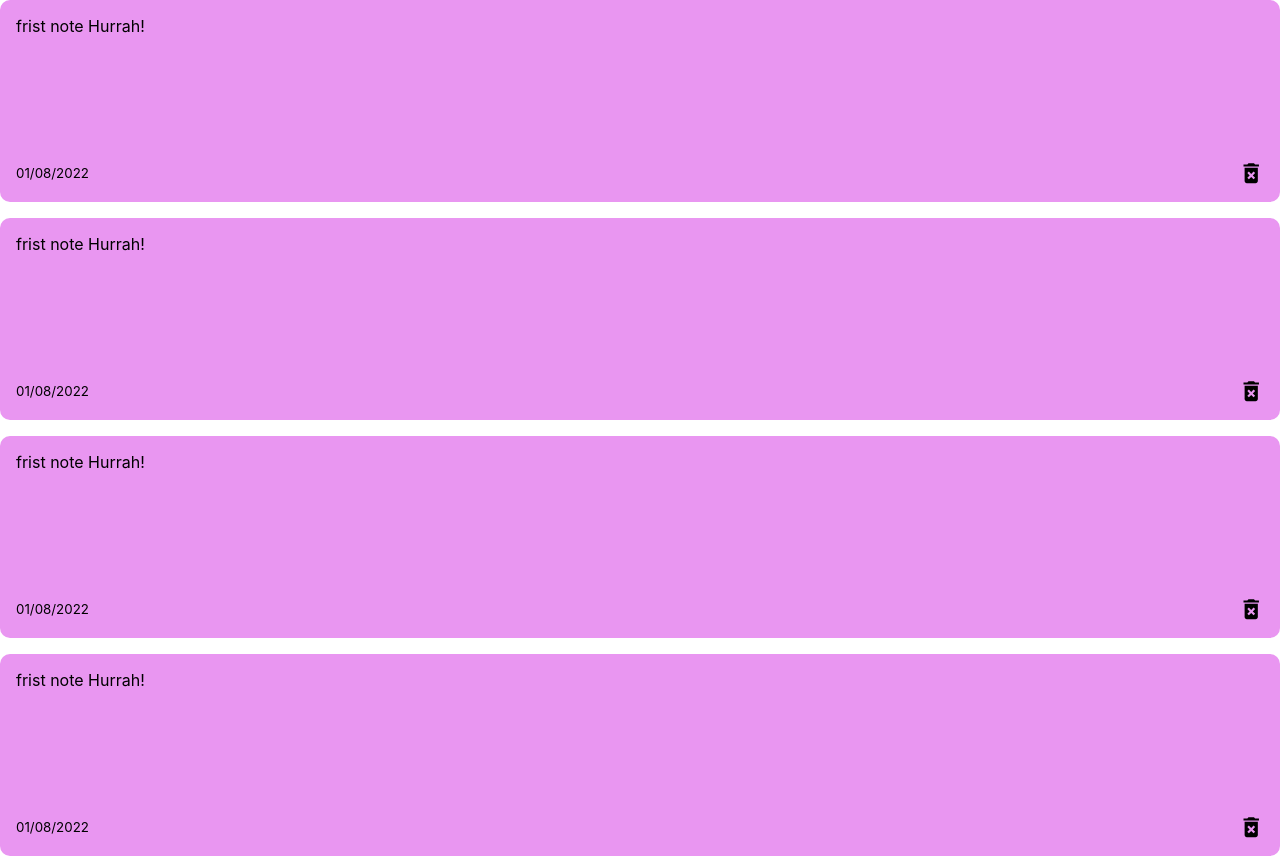
Repository: DeraBola/react-notes-app
Page: /
These files come from the project's save history. The page is drawn as it stood at one moment and after the next save; the edit follows.
The browser window is 1280 px wide. The pictures show the whole page.
The project was rebuilt for these pictures with package versions that can differ from the ones it lists, and the page was loaded fresh each time.

Above is the page before, as saved 2022-08-01 08:39:28.

### src/index.js
import React from 'react';
import ReactDOM from 'react-dom/client';
import './index.css';
import App from './App';


const root = ReactDOM.createRoot(document.getElementById('root'));
root.render(
  <React.StrictMode>
    <App />
  </React.StrictMode>
);

### src/index.css
body {
    margin: 0;
    font-family: -apple-system, BlinkMacSystemFont, 'Segoe UI', 'Roboto', 'Oxygen', 'Ubuntu', 'Cantarell', 'Fira Sans', 'Droid Sans', 'Helvetica Neue', sans-serif;
    -webkit-font-smoothing: antialiased;
    -moz-osx-font-smoothing: grayscale;
}

code {
    font-family: source-code-pro, Menlo, Monaco, Consolas, 'Courier New', monospace;
}

.notes-list {
    display: grid;
    grid-gap: 1rem;
    grid-template-columns: ;
}

.note {
    background-color: #e996f1;
    border-radius: 10px;
    padding: 1rem;
    min-height: 170px;
    display: flex;
    flex-direction: column;
    justify-content: space-between;
}

.note-footer {
    display: flex;
    align-items: center;
    justify-content: space-between;
}

### src/App.js
import NotesList from './components/NotesList';

 const App = () =>{
   return(
    <div className="container" >
      <NotesList />
    </div>
   )
 }

 export default App;

### src/components/NotesList.js
import Note from './Note';

const NotesList  = () => {
return(
    <div className='notes-list'>
        <Note />
        <Note />
        <Note />
        <Note />
    </div>
);
};

export default NotesList;

### src/components/Note.js

import { MdDeleteForever } from 'react-icons/md'

const Note  = () => {
    return(
        <div className='note'>
             <span>frist note Hurrah!</span>
             <div className="note-footer">
                <small>01/08/2022</small>
                <MdDeleteForever className='delete-icon' size='0.7cm' />
             </div>
        </div>
    );
    };

    export default Note;

Loaded but not shown: public/index.html (common file)

After the next save:
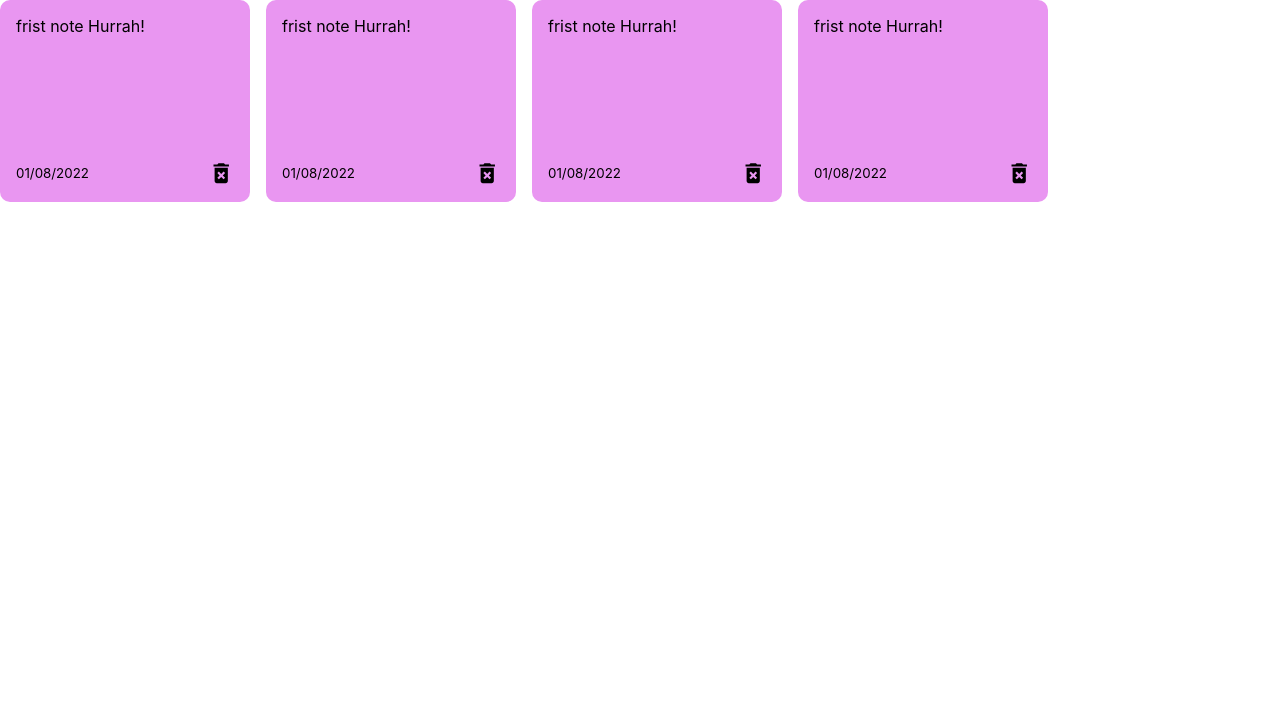
Saved 40 s later.
--- a/src/index.css
+++ b/src/index.css
@@ -12,7 +12,7 @@ code {
 .notes-list {
     display: grid;
     grid-gap: 1rem;
-    grid-template-columns: ;
+    grid-template-columns: repeat(4, 250px);
 }
 
 .note {
